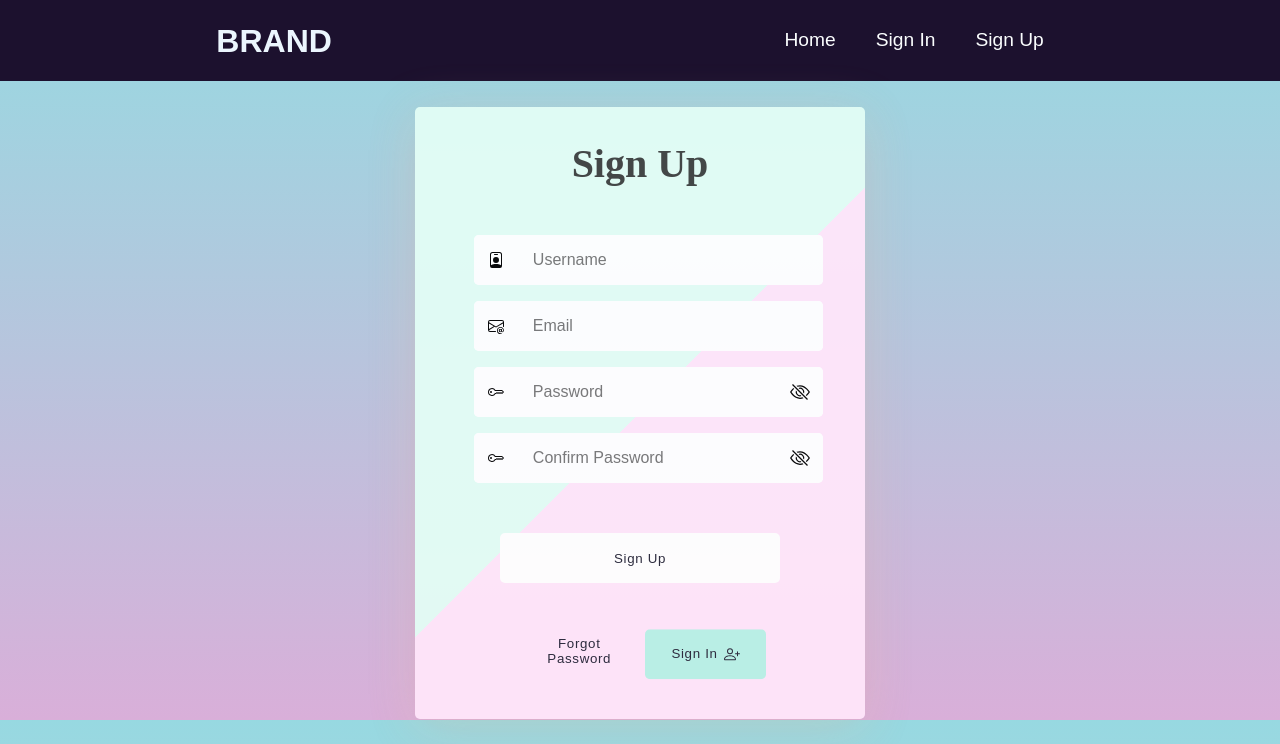
Repository: code-mtaani/ojwang-frontend
Page: /signup
These files come from the project's save history. The page is drawn as it stood at one moment and after the next save; the edit follows.
The browser window is 1280 px wide. The pictures show the whole page.
The pointer rests on the first visible `.sign-up`.
Backgrounds fixed to the window are drawn as part of the page. The project was rebuilt for these pictures with package versions that can differ from the ones it lists, and the page was loaded fresh each time. Also part of the build but not shown: vite.config.ts, src/Pages/HomePage/Home.pages.tsx, src/Pages/SignIn/SignIn.pages.tsx.

Above is the page before, as saved 2023-02-01 14:14:35.

### src/App.tsx
import { BrowserRouter as Router, Routes, Route } from "react-router-dom";

import Navigation from "./Components/Nav";
import Home from './Pages/HomePage'
import SignIn from "./Pages/SignIn";
import SignUp from "./Pages/SignUp"

function App() {
  return (
    <Router>
      <div className="App">
        <Navigation />
        <Routes>
          <Route path="/" element={<Home />} />
          <Route path="/signin" element={<SignIn/>} />
          <Route path="/signup" element={<SignUp/>} />
        </Routes>
      </div>
    </Router>
  );
}

export default App;

### src/index.css
* {
  padding: 0;
  margin: 0;
  box-sizing: border-box;
}
/* End Global rules */

/* Start body rules */
body {
  background-image: linear-gradient(-225deg, #e3fdf5 0%, #ffe6fa 100%);
  background-image: linear-gradient(to top, #a8edea 0%, #fed6e3 100%);
  background-attachment: fixed;
  background-repeat: no-repeat;

  font-family: "Vibur", cursive;
  /*   the main font */
  font-family: "Abel", sans-serif;
  opacity: 0.95;
  background-image: linear-gradient(to top, #d9afd9 0%, #97d9e1 100%);
}
@media screen and (min-width: 440px) {
  .app{
    border:2px solid green;
  }
}
/* end body rules */

### src/Components/Nav/index.js
export {default} from './Navigation.component'

### src/Pages/HomePage/index.ts
export { default } from "./Home.pages";

### src/Pages/SignIn/index.ts
export { default } from './SignIn.pages'

### src/Pages/SignUp/index.ts
export {default} from './SignUp.pages'

### src/Components/Nav/Navigation.component.tsx
import React from "react";
import {Link} from "react-router-dom"
import './nav.css'

const Navigation = () => {
  return (
    <nav className="navbar">
      <div className="left">
        <h1><Link to="/"> BRAND </Link></h1>
      </div>

      <div className="right">
        <input type="checkbox" id="check" />
        <label htmlFor="check" className="checkBtn">
          <svg
            xmlns="http://www.w3.org/2000/svg"
            width="30"
            height="30"
            fill="currentColor"
            className="bi bi-justify"
            viewBox="0 0 16 16"
          >
            <path
              fillRule="evenodd"
              d="M2 12.5a.5.5 0 0 1 .5-.5h11a.5.5 0 0 1 0 1h-11a.5.5 0 0 1-.5-.5zm0-3a.5.5 0 0 1 .5-.5h11a.5.5 0 0 1 0 1h-11a.5.5 0 0 1-.5-.5zm0-3a.5.5 0 0 1 .5-.5h11a.5.5 0 0 1 0 1h-11a.5.5 0 0 1-.5-.5zm0-3a.5.5 0 0 1 .5-.5h11a.5.5 0 0 1 0 1h-11a.5.5 0 0 1-.5-.5z"
            />
          </svg>
        </label>

        <ul className="list">
          <li> <Link to="/">Home</Link></li>
          <li> <Link to="/signin">Sign In</Link></li>
          <li> <Link to="signup">Sign Up</Link></li>
        </ul>
      </div>
    </nav>
  );
};

export default Navigation;

### src/Pages/SignUp/SignUp.pages.tsx
import React from "react";
import "./Signup.css";

const SignUp = () => {
  return (
    <div className="overlay">
      <form>
        {/* con = Container  for items in the form */}
        <div className="con">
          {/* <!--     Start  header Content  --> */}
          <header className="head-form">
            <h2>Sign Up</h2>
          </header>
          {/* End  header Content */}
          <br />
          <div className="field-set">
            {/* inputs */}
            <div className="test">
              <div className="key">
                <svg
                  xmlns="http://www.w3.org/2000/svg"
                  width="16"
                  height="16"
                  fill="currentColor"
                  className="bi bi-person-badge"
                  viewBox="0 0 16 16"
                >
                  <path d="M6.5 2a.5.5 0 0 0 0 1h3a.5.5 0 0 0 0-1h-3zM11 8a3 3 0 1 1-6 0 3 3 0 0 1 6 0z" />
                  <path d="M4.5 0A2.5 2.5 0 0 0 2 2.5V14a2 2 0 0 0 2 2h8a2 2 0 0 0 2-2V2.5A2.5 2.5 0 0 0 11.5 0h-7zM3 2.5A1.5 1.5 0 0 1 4.5 1h7A1.5 1.5 0 0 1 13 2.5v10.795a4.2 4.2 0 0 0-.776-.492C11.392 12.387 10.063 12 8 12s-3.392.387-4.224.803a4.2 4.2 0 0 0-.776.492V2.5z" />
                </svg>
              </div>
              <input type="text" name="username" id="" placeholder="Username" />
              <div className="show"></div>
            </div>
            <div className="test">
              <div className="key">
                <svg
                  xmlns="http://www.w3.org/2000/svg"
                  width="16"
                  height="16"
                  fill="currentColor"
                  className="bi bi-envelope-at"
                  viewBox="0 0 16 16"
                >
                  <path d="M2 2a2 2 0 0 0-2 2v8.01A2 2 0 0 0 2 14h5.5a.5.5 0 0 0 0-1H2a1 1 0 0 1-.966-.741l5.64-3.471L8 9.583l7-4.2V8.5a.5.5 0 0 0 1 0V4a2 2 0 0 0-2-2H2Zm3.708 6.208L1 11.105V5.383l4.708 2.825ZM1 4.217V4a1 1 0 0 1 1-1h12a1 1 0 0 1 1 1v.217l-7 4.2-7-4.2Z" />
                  <path d="M14.247 14.269c1.01 0 1.587-.857 1.587-2.025v-.21C15.834 10.43 14.64 9 12.52 9h-.035C10.42 9 9 10.36 9 12.432v.214C9 14.82 10.438 16 12.358 16h.044c.594 0 1.018-.074 1.237-.175v-.73c-.245.11-.673.18-1.18.18h-.044c-1.334 0-2.571-.788-2.571-2.655v-.157c0-1.657 1.058-2.724 2.64-2.724h.04c1.535 0 2.484 1.05 2.484 2.326v.118c0 .975-.324 1.39-.639 1.39-.232 0-.41-.148-.41-.42v-2.19h-.906v.569h-.03c-.084-.298-.368-.63-.954-.63-.778 0-1.259.555-1.259 1.4v.528c0 .892.49 1.434 1.26 1.434.471 0 .896-.227 1.014-.643h.043c.118.42.617.648 1.12.648Zm-2.453-1.588v-.227c0-.546.227-.791.573-.791.297 0 .572.192.572.708v.367c0 .573-.253.744-.564.744-.354 0-.581-.215-.581-.8Z" />
                </svg>
              </div>
              <input type="email" name="email" placeholder="Email" />
              <div className="show"></div>
            </div>
            <div className="test">
              <div className="key">
                <svg
                  xmlns="http://www.w3.org/2000/svg"
                  width="16"
                  height="16"
                  fill="currentColor"
                  className="bi bi-key"
                  viewBox="0 0 16 16"
                >
                  <path d="M0 8a4 4 0 0 1 7.465-2H14a.5.5 0 0 1 .354.146l1.5 1.5a.5.5 0 0 1 0 .708l-1.5 1.5a.5.5 0 0 1-.708 0L13 9.207l-.646.647a.5.5 0 0 1-.708 0L11 9.207l-.646.647a.5.5 0 0 1-.708 0L9 9.207l-.646.647A.5.5 0 0 1 8 10h-.535A4 4 0 0 1 0 8zm4-3a3 3 0 1 0 2.712 4.285A.5.5 0 0 1 7.163 9h.63l.853-.854a.5.5 0 0 1 .708 0l.646.647.646-.647a.5.5 0 0 1 .708 0l.646.647.646-.647a.5.5 0 0 1 .708 0l.646.647.793-.793-1-1h-6.63a.5.5 0 0 1-.451-.285A3 3 0 0 0 4 5z" />
                  <path d="M4 8a1 1 0 1 1-2 0 1 1 0 0 1 2 0z" />
                </svg>
              </div>
              <input type="password" name="pasword" placeholder="Password" />
              <div className="show">
                <svg
                  xmlns="http://www.w3.org/2000/svg"
                  width="20"
                  height="20"
                  fill="currentColor"
                  className="bi bi-eye-slash"
                  viewBox="0 0 16 16"
                >
                  <path d="M13.359 11.238C15.06 9.72 16 8 16 8s-3-5.5-8-5.5a7.028 7.028 0 0 0-2.79.588l.77.771A5.944 5.944 0 0 1 8 3.5c2.12 0 3.879 1.168 5.168 2.457A13.134 13.134 0 0 1 14.828 8c-.058.087-.122.183-.195.288-.335.48-.83 1.12-1.465 1.755-.165.165-.337.328-.517.486l.708.709z" />
                  <path d="M11.297 9.176a3.5 3.5 0 0 0-4.474-4.474l.823.823a2.5 2.5 0 0 1 2.829 2.829l.822.822zm-2.943 1.299.822.822a3.5 3.5 0 0 1-4.474-4.474l.823.823a2.5 2.5 0 0 0 2.829 2.829z" />
                  <path d="M3.35 5.47c-.18.16-.353.322-.518.487A13.134 13.134 0 0 0 1.172 8l.195.288c.335.48.83 1.12 1.465 1.755C4.121 11.332 5.881 12.5 8 12.5c.716 0 1.39-.133 2.02-.36l.77.772A7.029 7.029 0 0 1 8 13.5C3 13.5 0 8 0 8s.939-1.721 2.641-3.238l.708.709zm10.296 8.884-12-12 .708-.708 12 12-.708.708z" />
                </svg>
              </div>
            </div>
            <div className="test">
              <div className="key">
                <svg
                  xmlns="http://www.w3.org/2000/svg"
                  width="16"
                  height="16"
                  fill="currentColor"
                  className="bi bi-key"
                  viewBox="0 0 16 16"
                >
                  <path d="M0 8a4 4 0 0 1 7.465-2H14a.5.5 0 0 1 .354.146l1.5 1.5a.5.5 0 0 1 0 .708l-1.5 1.5a.5.5 0 0 1-.708 0L13 9.207l-.646.647a.5.5 0 0 1-.708 0L11 9.207l-.646.647a.5.5 0 0 1-.708 0L9 9.207l-.646.647A.5.5 0 0 1 8 10h-.535A4 4 0 0 1 0 8zm4-3a3 3 0 1 0 2.712 4.285A.5.5 0 0 1 7.163 9h.63l.853-.854a.5.5 0 0 1 .708 0l.646.647.646-.647a.5.5 0 0 1 .708 0l.646.647.646-.647a.5.5 0 0 1 .708 0l.646.647.793-.793-1-1h-6.63a.5.5 0 0 1-.451-.285A3 3 0 0 0 4 5z" />
                  <path d="M4 8a1 1 0 1 1-2 0 1 1 0 0 1 2 0z" />
                </svg>
              </div>
              <input
                type="password"
                name="confirmPassword"
                placeholder="Confirm Password"
              />
              <div className="show">
                <svg
                  xmlns="http://www.w3.org/2000/svg"
                  width="20"
                  height="20"
                  fill="currentColor"
                  className="bi bi-eye-slash"
                  viewBox="0 0 16 16"
                >
                  <path d="M13.359 11.238C15.06 9.72 16 8 16 8s-3-5.5-8-5.5a7.028 7.028 0 0 0-2.79.588l.77.771A5.944 5.944 0 0 1 8 3.5c2.12 0 3.879 1.168 5.168 2.457A13.134 13.134 0 0 1 14.828 8c-.058.087-.122.183-.195.288-.335.48-.83 1.12-1.465 1.755-.165.165-.337.328-.517.486l.708.709z" />
                  <path d="M11.297 9.176a3.5 3.5 0 0 0-4.474-4.474l.823.823a2.5 2.5 0 0 1 2.829 2.829l.822.822zm-2.943 1.299.822.822a3.5 3.5 0 0 1-4.474-4.474l.823.823a2.5 2.5 0 0 0 2.829 2.829z" />
                  <path d="M3.35 5.47c-.18.16-.353.322-.518.487A13.134 13.134 0 0 0 1.172 8l.195.288c.335.48.83 1.12 1.465 1.755C4.121 11.332 5.881 12.5 8 12.5c.716 0 1.39-.133 2.02-.36l.77.772A7.029 7.029 0 0 1 8 13.5C3 13.5 0 8 0 8s.939-1.721 2.641-3.238l.708.709zm10.296 8.884-12-12 .708-.708 12 12-.708.708z" />
                </svg>
              </div>
            </div>
            <br />
            {/*  buttons */}
            {/*button LogIn */}
            <button className="log-in"> Sign Up </button>
          </div>

          {/* other buttons */}
          <div className="other">
            {/* Forgot Password button */}
            <button className="btn submits frgt-pass">Forgot Password</button>
            {/* Sign Up button */}
            <button className="btn submits sign-up">
              Sign In
              {/* Sign Up font icon */}
              <svg
                xmlns="http://www.w3.org/2000/svg"
                width="16"
                height="16"
                fill="currentColor"
                className="bi bi-person-plus"
                viewBox="0 0 16 16"
              >
                <path d="M6 8a3 3 0 1 0 0-6 3 3 0 0 0 0 6zm2-3a2 2 0 1 1-4 0 2 2 0 0 1 4 0zm4 8c0 1-1 1-1 1H1s-1 0-1-1 1-4 6-4 6 3 6 4zm-1-.004c-.001-.246-.154-.986-.832-1.664C9.516 10.68 8.289 10 6 10c-2.29 0-3.516.68-4.168 1.332-.678.678-.83 1.418-.832 1.664h10z" />
                <path
                  fillRule="evenodd"
                  d="M13.5 5a.5.5 0 0 1 .5.5V7h1.5a.5.5 0 0 1 0 1H14v1.5a.5.5 0 0 1-1 0V8h-1.5a.5.5 0 0 1 0-1H13V5.5a.5.5 0 0 1 .5-.5z"
                />
              </svg>
            </button>
            {/* End  the other Division */}
          </div>

          {/* End Container */}
        </div>

        {/* End Form */}
      </form>
    </div>
  );
};

export default SignUp;

### src/Components/Nav/nav.css
.navbar{
    background-color: rgb(22,7,36);
    display: flex;
    justify-content: space-around;
    align-items: center;
    line-height: 5rem;
}

.left h1{
    font-size: 2rem;
    cursor: pointer;
}
.left h1 a{
    text-decoration: none;
    color: aliceblue;
}

.checkBtn{
    display: none;
}
#check{
    display: none;
}
.checkBtn{
    cursor: pointer;
    font-size: 30px;
    float: right;
    color: #ed1e79;
    line-height: 88px;
}

.right ul{
    display: flex;
    list-style: none;
}
.right ul li a {
    padding: 10px 20px;
    font-size: 1.2rem;
    color: white;
    cursor: pointer;
    text-decoration: none;
    transition: all 1s;
}

.right ul li a:hover{
    background-color: #fff;
    border-radius: 7px;
    color: rgb(22, 7, 36);
    margin-left: 4px ;
    margin-right: 4px ;
}

/* ================================== Media Queries=================================================== */

@media screen and (max-width:805px){
    .list{
        width: 100%;
        height: 100vh;
        background-color: rgb(22, 7, 36);
        text-align: center;
        display: flex;
        flex-direction: column;
        position: fixed;
        top: 5rem;
        left: 100%;
        transition: all 1s;
    }

    #check{
        display: none;
    }
    .checkBtn{
        display: block;
    }
    #check:checked~ul{
        left: 0%
    }
}
@media screen and (max-width:450px) {
    .navbar{
        width: 100vw;
    }

}

### src/Pages/SignUp/Signup.css
/* Start form  attributes */
form {
  width: 450px;
  min-height: 500px;
  height: auto;
  border-radius: 5px;
  margin: 2% auto;
  box-shadow: 0 9px 50px hsla(20, 67%, 75%, 0.31);
  padding: 2%;
  background-image: linear-gradient(-225deg, #e3fdf5 50%, #ffe6fa 50%);
}
@media screen and (max-width: 450px) {
  form {
    width: 90vw;
    margin: 20 auto;
  }
}
/* form Container */
form .con {
  display: -webkit-flex;
  display: flex;

  -webkit-justify-content: space-around;
  justify-content: space-around;

  -webkit-flex-wrap: wrap;
  flex-wrap: wrap;
  margin: 0 auto;
}

/* the header form  */
header {
  margin: 2% auto 10% auto;
  text-align: center;
}
/* Login title form  */
header h2 {
  font-size: 250%;
  font-family: "Playfair Display", serif;
  color: #3e403f;
}
/*  A welcome message or an explanation of the login form */
header p {
  letter-spacing: 0.05em;
}
header img {
  width: 10rem;
  height: 8rem;
}


/* focus  */
input:focus {
  transform: translateX(-3px);
  border-radius: 5px;
}

.test {
  display: flex;
  justify-content: space-between;
  align-items: center;
  background-color: white;
  height: 50px;
  margin: 0.5rem;
  border-radius: 0.3rem;
  width: 100%;
}
.test .key {
  background-color: white;
  display: flex;
  align-items: center;
  justify-content: center;
  width: 3rem;
  height: 100%;
  border-radius: 5px 0px 0px 5px;
}
.test .key svg {
  margin: 5px;
}
.test input {
  height: 100%;
  width: 80%;
  font-size: 16px;
  padding: 15px;
  font-family: "Abel", sans-serif;
  font-size: 16px;
  color: #5e6472;
  transition: 0.4s linear;
   outline: none;
  border: none;
}
.test .show {
  background-color: white;
  height: 100%;
  display: flex;
  align-items: center;
  justify-content: center;
  width: 3rem;
  border-radius: 0px 5px 5px 0px;
}
.field-set {
    display: flex;
    flex-direction: column;
}
/* input[type="text"] {min-width: 250px;} */
/* buttons  */

button {
  display: inline-block;
  color: #252537;

  width: 280px;
  height: 50px;

  padding: 0 20px;
  background: #fff;
  border-radius: 5px;

  outline: none;
  border: none;

  cursor: pointer;
  text-align: center;
  transition: all 0.2s linear;

  margin: 7% auto;
  letter-spacing: 0.05em;
}

/* Submits */
.submits {
  width: 48%;
  display: inline-block;
  float: left;
  margin-left: 2%;
}

/*       Forgot Password button FAF3DD  */
.frgt-pass {
  background: transparent;
}
/*     Sign Up button  */
.sign-up {
  background: #b8f2e6;
  display: flex;
  align-items: center;
  justify-content: space-evenly;
  font-weight: 500;
}
.sign-up:hover{
  box-shadow: ;
}

/* buttons hover */
button:hover {
  transform: translatey(3px);
  box-shadow: none;
}

/* buttons hover Animation */
button:hover {
  animation: ani9 0.4s ease-in-out infinite alternate;
}

@keyframes ani9 {
  0% {
    transform: translateY(3px);
  }
  100% {
    transform: translateY(5px);
  }
}
/* ================================== */

Loaded but not shown: index.html (common file); src/main.tsx (common file)

After the next save:
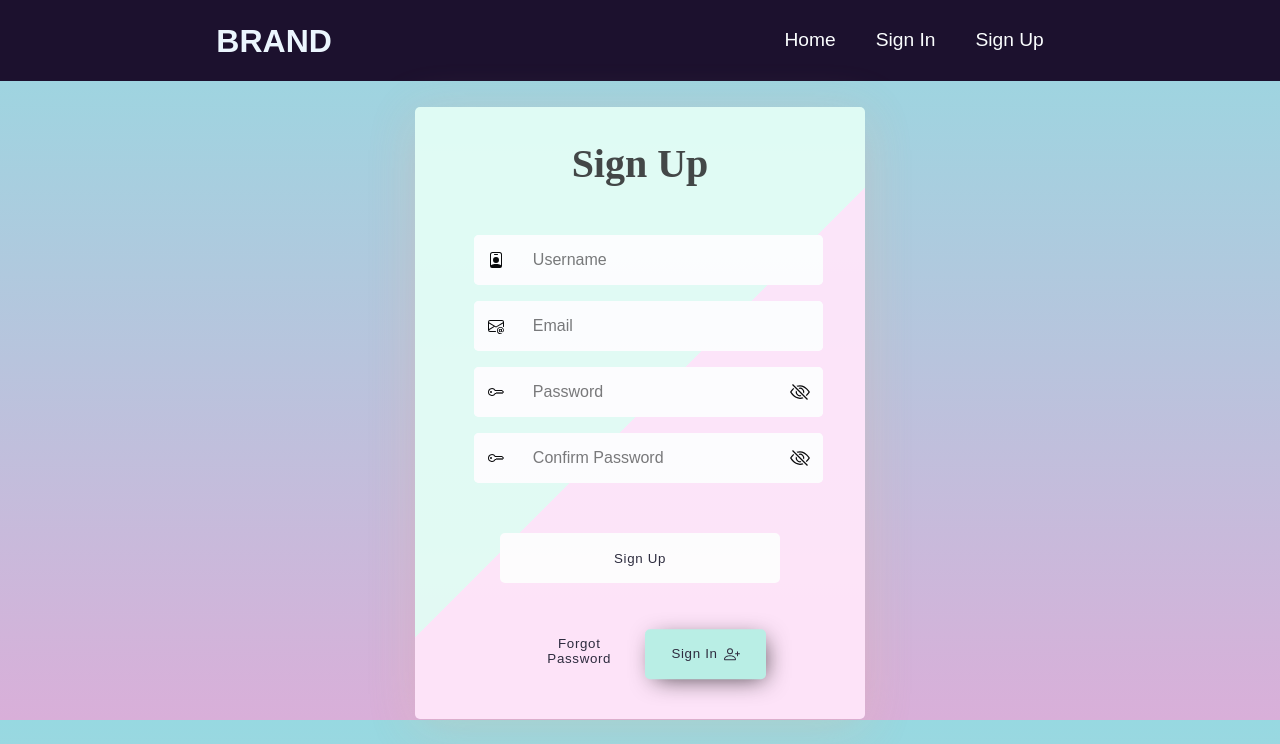
Saved 80 s later.
--- a/src/Pages/SignUp/Signup.css
+++ b/src/Pages/SignUp/Signup.css
@@ -148,7 +148,9 @@ button {
   font-weight: 500;
 }
 .sign-up:hover{
-  box-shadow: ;
+  box-shadow: 4px 5px 23px -6px rgba(0,0,0,0.77);
+-webkit-box-shadow: 4px 5px 23px -6px rgba(0,0,0,0.77);
+-moz-box-shadow: 4px 5px 23px -6px rgba(0,0,0,0.77);
 }
 
 /* buttons hover */
